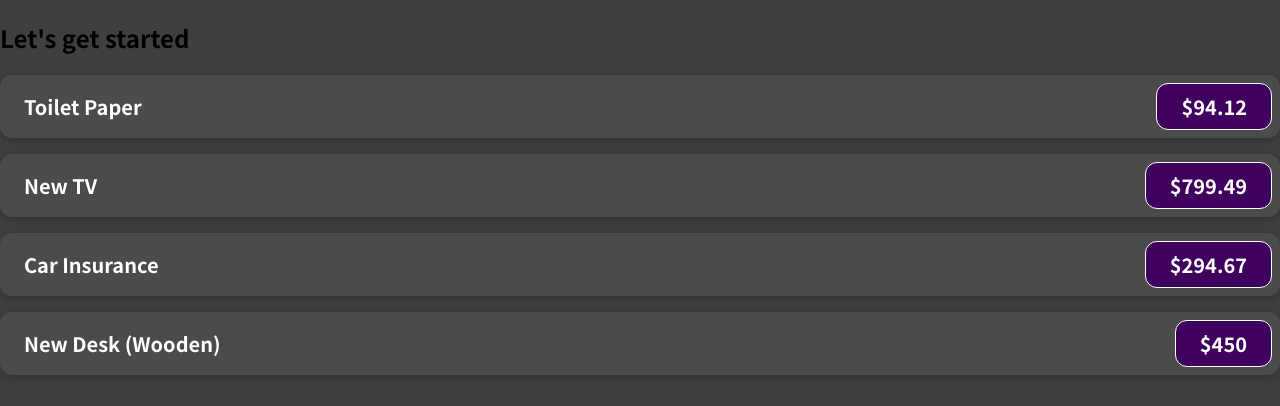
Repository: runner855/expense-tracker
Page: /
An editor plug-in stored every save of this project. The page is shown before and after the next save, followed by the edit.
The browser window is 1280 px wide. The pictures show the whole page.
The project was rebuilt for these pictures with package versions that can differ from the ones it lists, and the page was loaded fresh each time.

Above is the page before, as saved 2022-09-02 14:45:49.

After the next save:
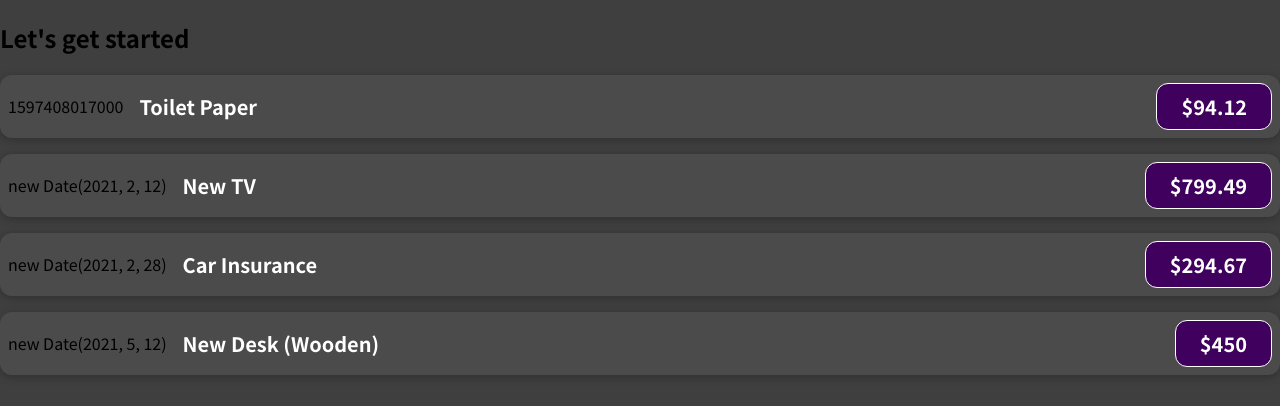
Saved 7 s later.
--- a/src/components/ExpenseItem.js
+++ b/src/components/ExpenseItem.js
@@ -12,7 +12,7 @@ const ExpenseItem = (props) => {
   return (
     <div className='expense-item'>
       <div className='expense-item__date'>
-        {`${newDate}`.to}
+        {`${newDate}`}
       </div>
       <div className='expense-item__description'>
         <h2>{`${title}`}</h2>
